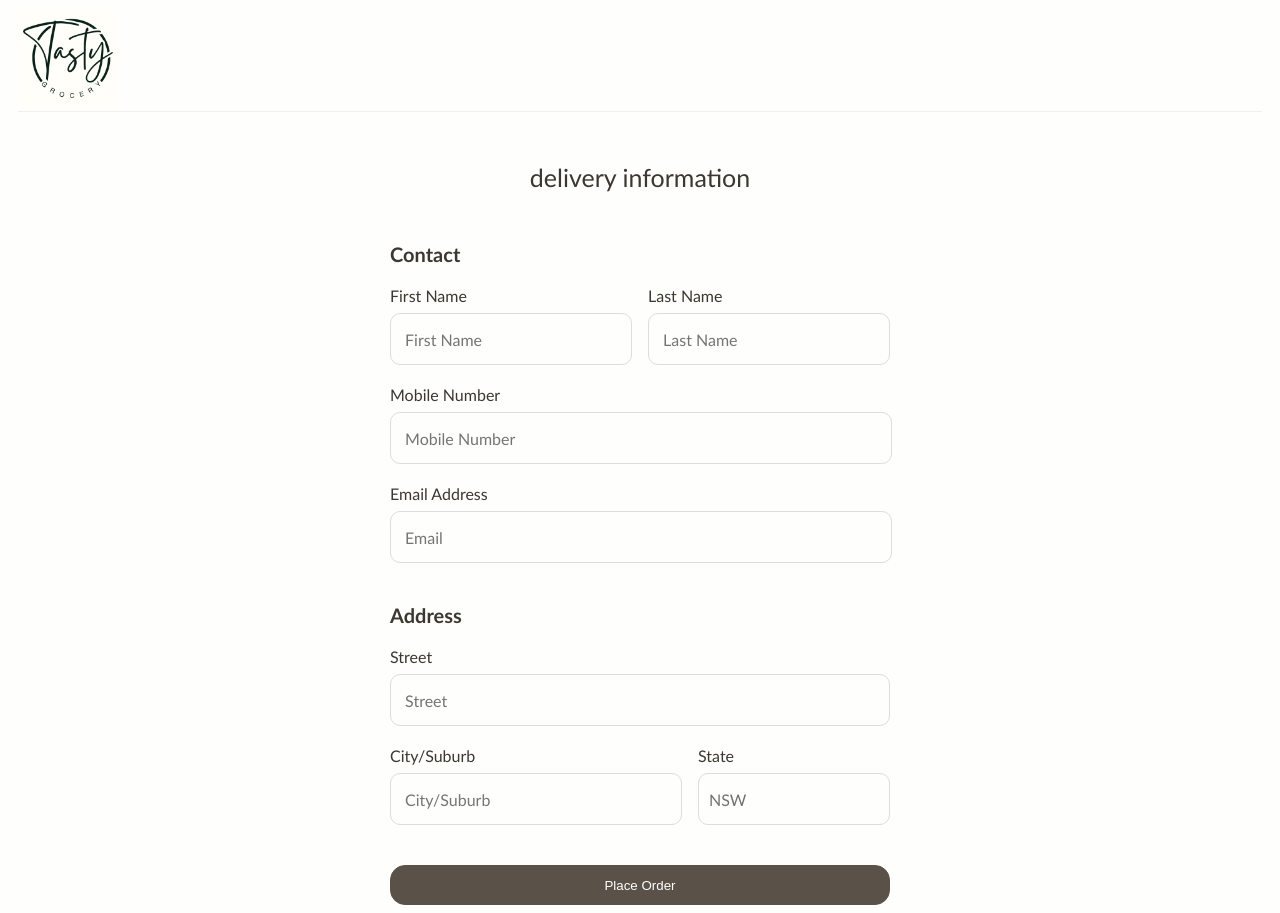
Repository: hxycindyhxy/TastyGrocery
Page: http://localhost/delivery.php
The author's editor kept a record of every edit. The page is drawn from the files as they stood at one moment, then again after the next edit.
The browser window is 1280 px wide. The pictures show the whole page.
The page is run by PHP 8.4 with error messages shown; the project is at /var/www/html/.

Above is the page before.
Console error: SyntaxError: missing ) after argument list

After the next edit:
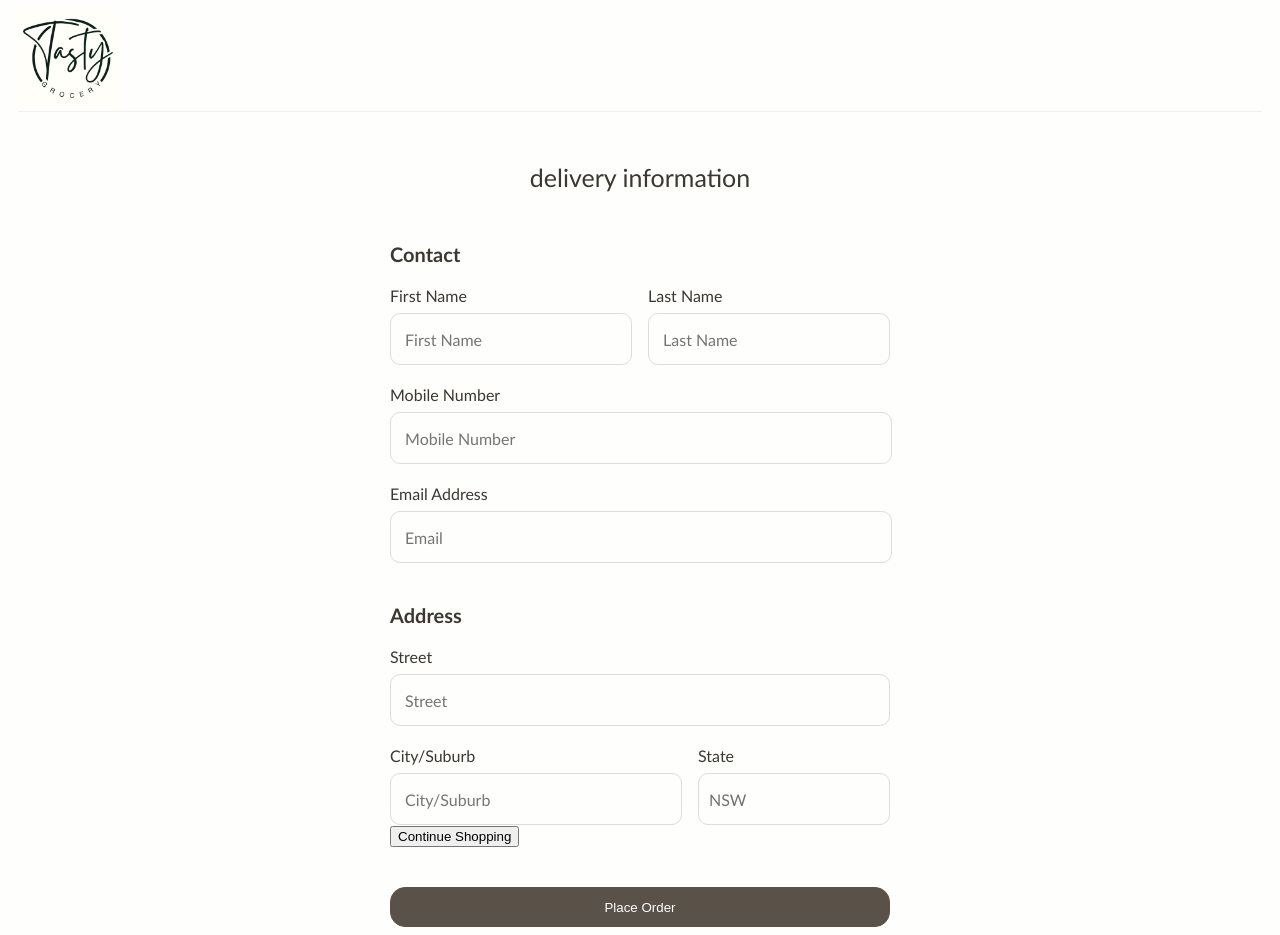
The edit:
--- a/delivery.php
+++ b/delivery.php
@@ -79,6 +79,9 @@
       </div>
       <div id="validation"></div>
       <div class="order-container">
+        <button id="takeBackBtn" class="continue-shopping-btn" onclick="window.location.href='index.php'">
+          Continue Shopping
+        </button>
         <button id="place-order-btn">
           Place Order
         </button>
